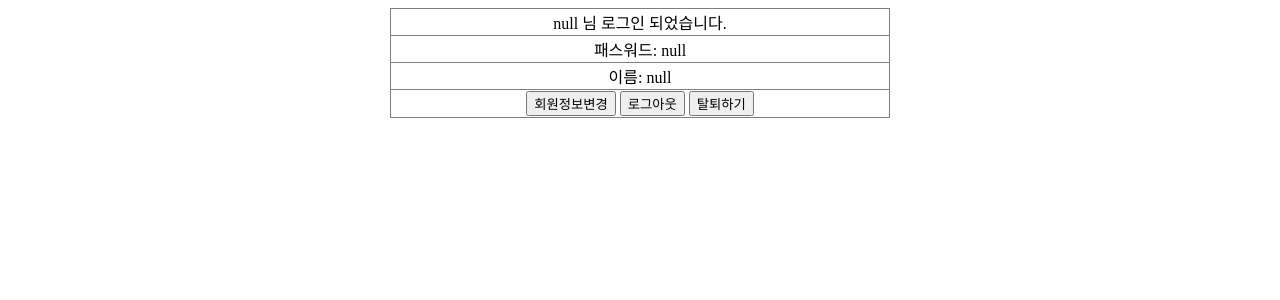
Repository: DynamicRD/jsp_Study
Page: http://localhost/jspStudy/login/login_main.jsp
These files come from the project's save history. The page is drawn as it stood at one moment and after the next save; the edit follows.
The browser window is 1280 px wide. The pictures show the whole page.
The page is served by Tomcat 9.

Above is the page before, as saved 2024-12-09 01:41:19.

After the next save:
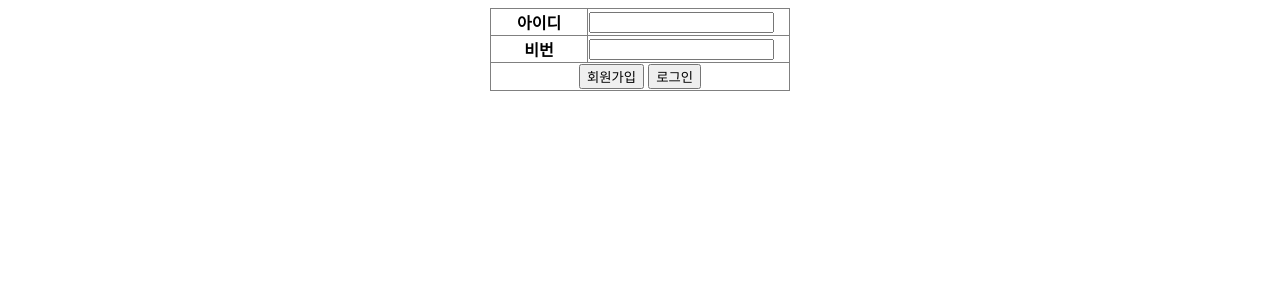
Saved 3 min 45 s later.
--- a/jspStudy/src/main/webapp/login/login_main.jsp
+++ b/jspStudy/src/main/webapp/login/login_main.jsp
@@ -16,9 +16,9 @@
     session = request.getSession(false);
     String superID = "admin";
 
-    if (session == null) {
+    if (session == null || session.getAttribute("id") == null) {
 %>
-        <!-- 세션이 없으면 로그인 폼을 출력 -->
+        <!-- 세션이 없거나, id 속성이 없으면 로그인 폼을 출력 -->
         <form method="post" action="loginCheck.jsp">
             <table border="1" width="300" id="my_table">
                 <tr>
@@ -37,7 +37,6 @@
                 </tr>
             </table>
         </form>
-
 <%
     } else {
         // 세션이 있고, 관리자인 경우
